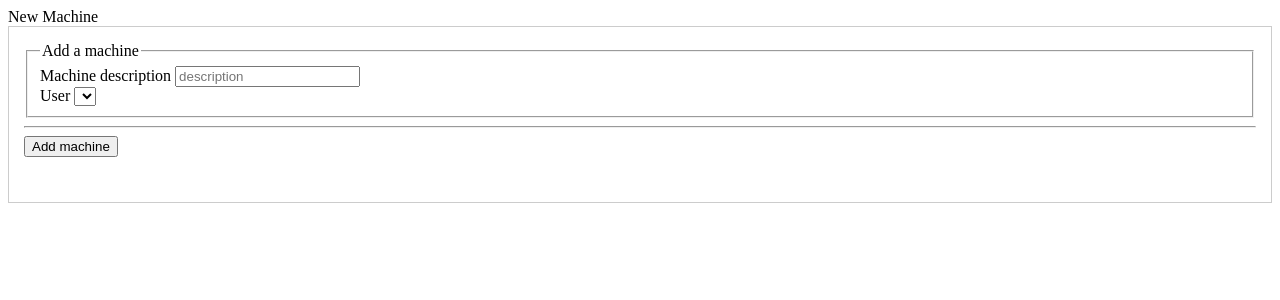
Repository: manu-bulboaca/ApneeaProject
Page: public/AngularApp/pages/insertMachine.html
These files come from the project's save history. The page is drawn as it stood at one moment and after the next save; the edit follows.
The browser window is 1280 px wide. The pictures show the whole page.

Above is the page before, as saved 2015-03-18 16:47:48.

After the next save:
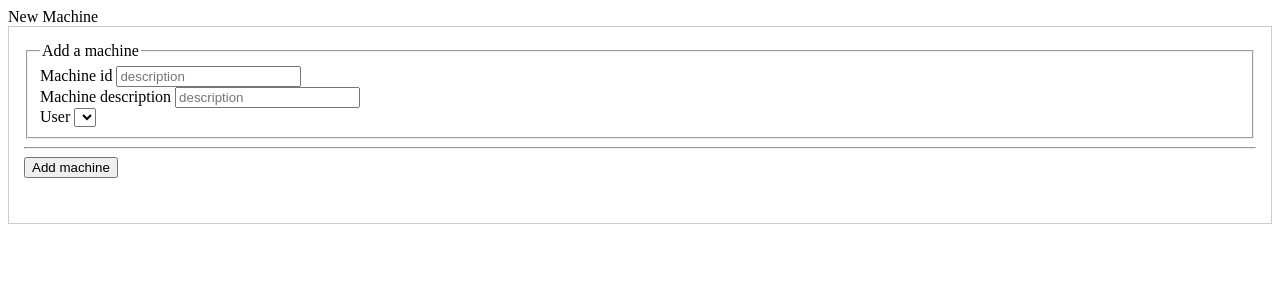
Saved 27 s later.
--- a/public/AngularApp/pages/insertMachine.html
+++ b/public/AngularApp/pages/insertMachine.html
@@ -12,18 +12,23 @@
 				<legend>Add a machine</legend>
 				<div
 					class="form-group has-success has-feedback col-xs-12 col-md-12 col-lg-12">
-
+					<div class="form-group">
+						<label>Machine id</label> <input type="name"
+							ng-model="desc" class="form-control" placeholder="description">
+					</div>
 					<div class="form-group">
 						<label>Machine description</label> <input type="name"
 							ng-model="desc" class="form-control" placeholder="description">
 					</div>
 
 					<div class="form-group">
-						<label>User</label>
-
-						<select class="form-control" ng-model="userSelected" ng-options="item.name for item in usersSelect"></select>
+						<label>User</label> <select class="form-control"
+							ng-model="userSelected"
+							ng-options="item.name for item in usersSelect"></select>
 
 					</div>
+
+
 
 				</div>
 			</fieldset>
